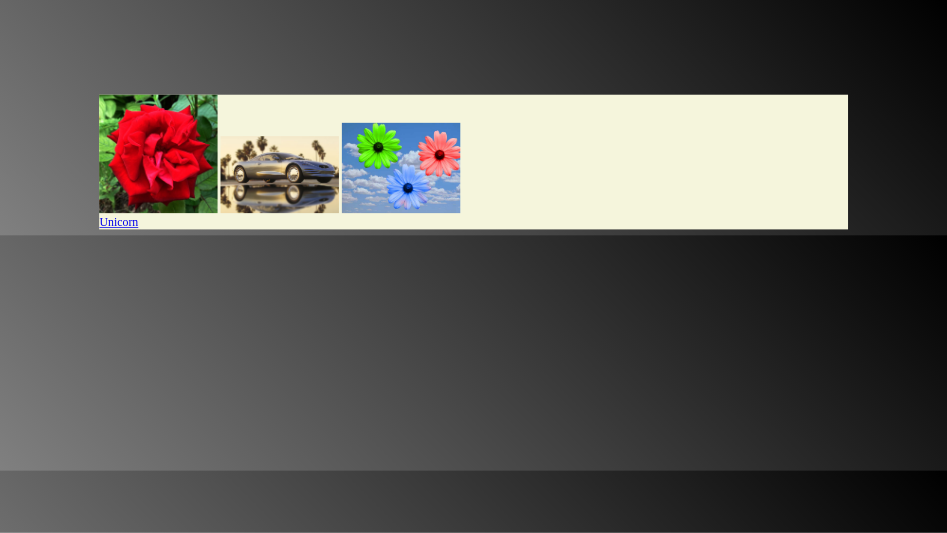
Repository: ViggoSkj/VGY
Page: ovningar/photoshopovning/photoshopovning.html
These files come from the project's save history. The page is drawn as it stood at one moment and after the next save; the edit follows.
The browser window is 1280 px wide. The pictures show the whole page, at 74% of full size.

Above is the page before, as saved 2022-11-27 12:03:40.

After the next save:
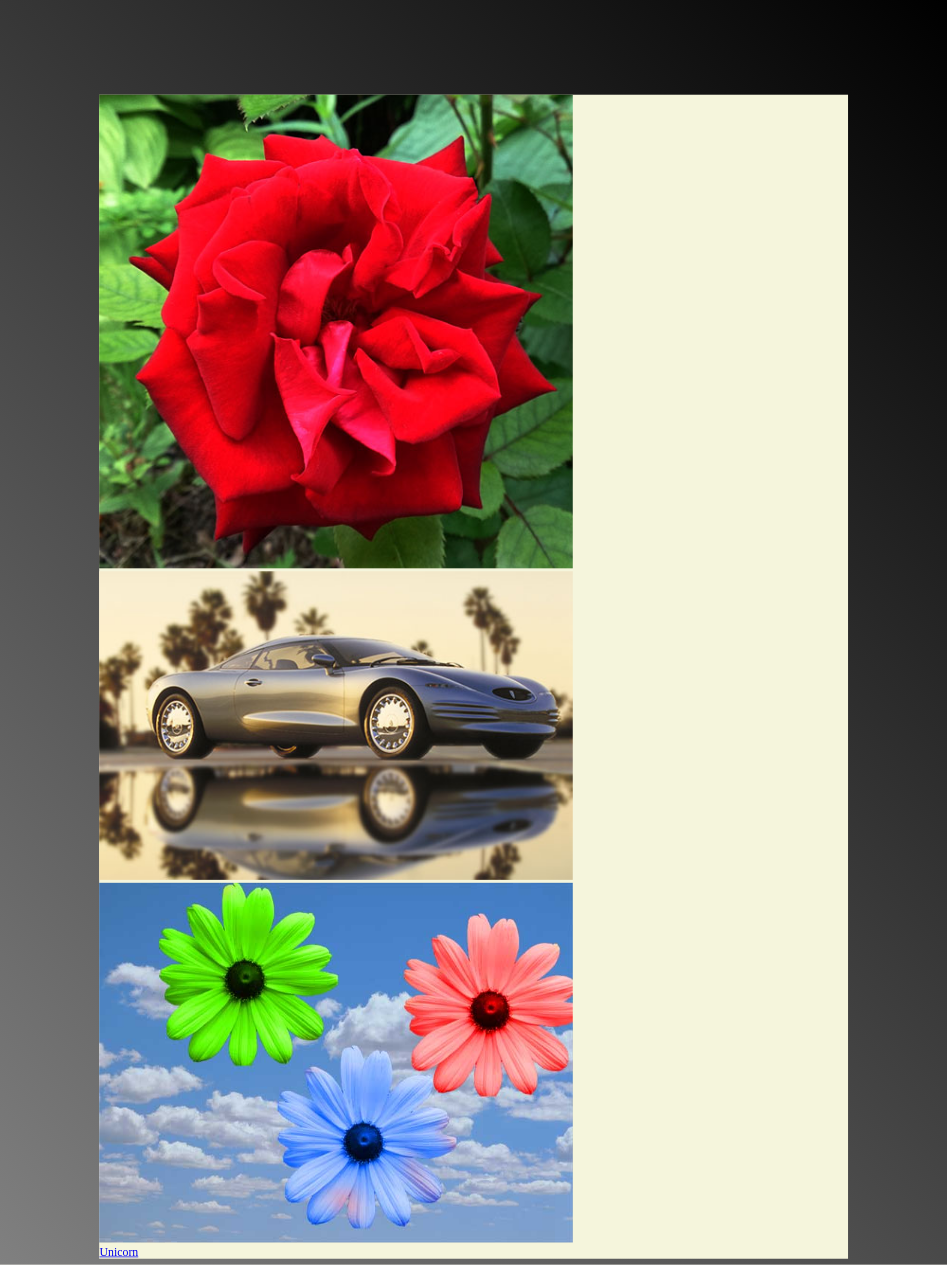
Saved 15 s later.
--- a/ovningar/photoshopovning/public/css/style.css
+++ b/ovningar/photoshopovning/public/css/style.css
@@ -13,7 +13,7 @@ body
 
 img
 {
-    width: 10em;
+    width: 40em;
 }
 
 .images
